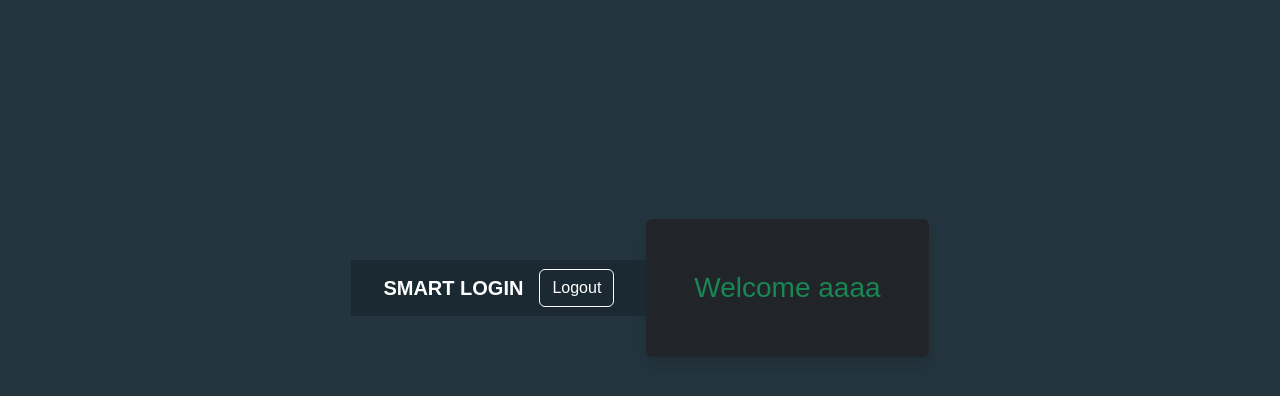
Repository: bodajava/TASK-4
Page: theerdIndex.html
The author's editor kept a copy of each file at every save. The page is drawn from the files as they stood at one save, then again after the next save.
The browser window is 1280 px wide. The pictures show the whole page.

Above is the page before, as saved 2025-06-18 05:13:51.

### theerdIndex.html
<!DOCTYPE html>
<html lang="en">
  <head>
    <link rel="stylesheet" href="CSS/all.min.css" />
    <link rel="stylesheet" href="CSS/bootstrap.css" />
    <link rel="stylesheet" href="CSS/style.css" />
    <meta charset="UTF-8" />
    <meta name="viewport" content="width=device-width, initial-scale=1.0" />
    <title>Document</title>
  </head>
  <body>
    <nav class="navbar navbar-expand-lg">
      <div class="container-fluid justify-content-between">
        <a class="navbar-brand" href="#">SMART LOGIN</a>
        <div class="logout-container">
          <button class="btn btn-logout">Logout</button>
        </div>
      </div>
    </nav>

    <!-- المحتوى -->
    <div
      class="d-flex justify-content-center align-items-center"
      style="height: 80vh"
    >
      <div class="p-5 bg-dark text-center text-success fs-3 rounded shadow">
        Welcome aaaa
      </div>
    </div>
    <script src="js/bootstrap.bundle.min.js"></script>
    <script src="js/index.js"></script>
  </body>
</html>

### CSS/style.css
* {
  padding: 0;
  margin: 0;
  box-sizing: border-box;
}

body {
  background-color: #24353f;
  display: flex;
  justify-content: center;
  align-items: center;
  font-family: Arial, sans-serif;
}

#item {
  margin-top: 60px;
  margin-left: 390px;
  margin-right: 390px;
  padding-left: 15px;
  padding-right: 15px;
}

#item2 {
  box-shadow: 0 0 20px rgba(0, 0, 0, 0.2);
  margin-left: 138.75px;
  margin-right: 138.75px;
  padding-left: 60px;
  padding-right: 60px;
  padding-top: 60px;
  padding-bottom: 60px;
}

h1 {
  color: #189bb1;
}

.anchor {
  text-decoration: none;
}

.anchor:hover {
  text-decoration: underline;
}

.paragraph {
  font-size: 20px;
  line-height: 30px;
  font-weight: 400;
  color: white;
}

.paragraph a {
  font-size: 20px;
  line-height: 30px;
  font-weight: 400;
  color: white;
}

.form-control {
  background-color: #24353f;
  border: 1px solid white;
  color: #fff;
  border-radius: 5px;
}

.form-control::placeholder {
  color: #a0a0a0;
}

.form-control:focus {
  background-color: #24353f;
  color: #fff;
  border-color: #189bb1;
  outline: none;
  box-shadow: none;
}

.btnn {
  text-decoration: none;
  color: #189bb1;
}

.btnn:hover {
  color: white;
}

#box {
  box-shadow: 0 0 20px rgba(0, 0, 0, 0.2);
}

.navbar {
  background-color: #1b2a32;
}

.navbar-brand {
  color: white;
  font-weight: bold;
  margin-left: 20px;
}

.navbar-brand:hover {
  color: #ccc;
}

.btn-logout {
  border: 1px solid white;
  color: white;
  background-color: transparent;
  transition: 0.3s;
}

.btn-logout:hover {
  background-color: white;
  color: #1b2a32;
}

.logout-container {
  margin-right: 20px;
}

Loaded but not shown: CSS/all.min.css (library); CSS/bootstrap.css (library); js/bootstrap.bundle.min.js (library); js/index.js (no copy from this time; the picture is the same without it)

After the next save:
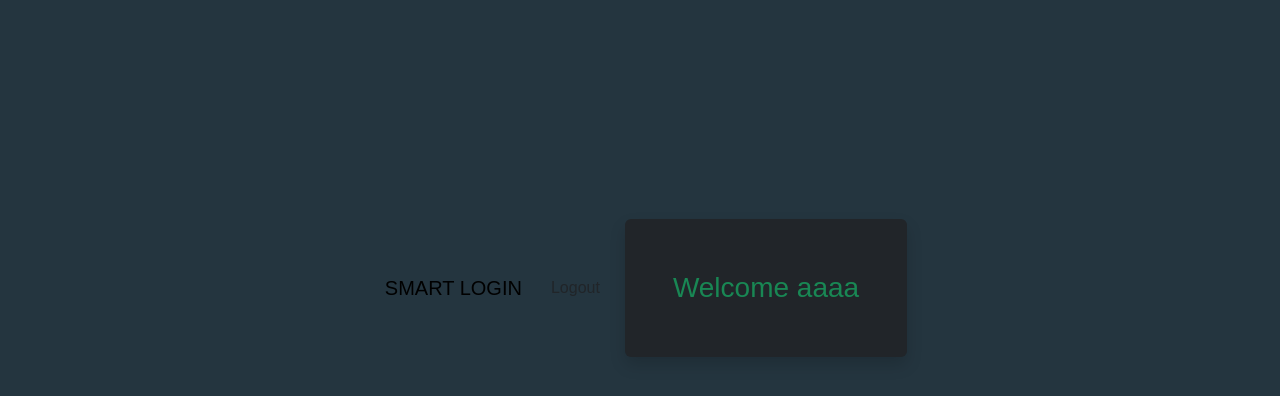
Saved 27 s later.
--- a/CSS/style.css
+++ b/CSS/style.css
@@ -87,33 +87,3 @@ h1 {
 #box {
   box-shadow: 0 0 20px rgba(0, 0, 0, 0.2);
 }
-
-.navbar {
-  background-color: #1b2a32;
-}
-
-.navbar-brand {
-  color: white;
-  font-weight: bold;
-  margin-left: 20px;
-}
-
-.navbar-brand:hover {
-  color: #ccc;
-}
-
-.btn-logout {
-  border: 1px solid white;
-  color: white;
-  background-color: transparent;
-  transition: 0.3s;
-}
-
-.btn-logout:hover {
-  background-color: white;
-  color: #1b2a32;
-}
-
-.logout-container {
-  margin-right: 20px;
-}
